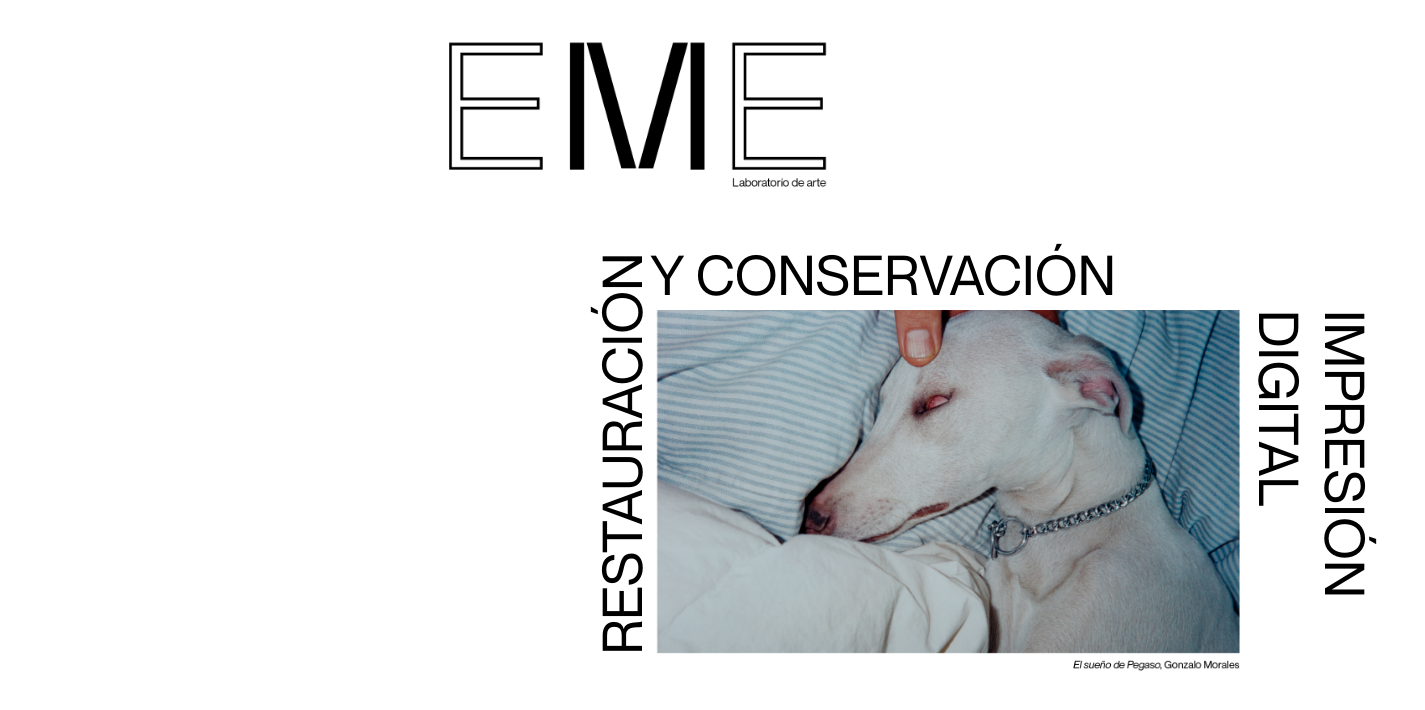
Repository: Manuelujano/eme-lab
Page: /
These files come from the project's save history. The page is drawn as it stood at one moment and after the next save; the edit follows.
The browser window is 1280 px wide. The page is 1425 px wide, so the pictures cover 1425 px, including what lies to the right of the window. The pictures show the whole page.
Some web fonts or font styles are not loaded; a fallback is used. The project was rebuilt for these pictures with package versions that can differ from the ones it lists, and the page was loaded fresh each time. Also part of the build but not shown: src/components/Motion.js, src/components/Prueba.js, src/components/Digital.js, src/components/Trail.js.

Above is the page before, as saved 2020-10-26 13:25:43.

After the next save:
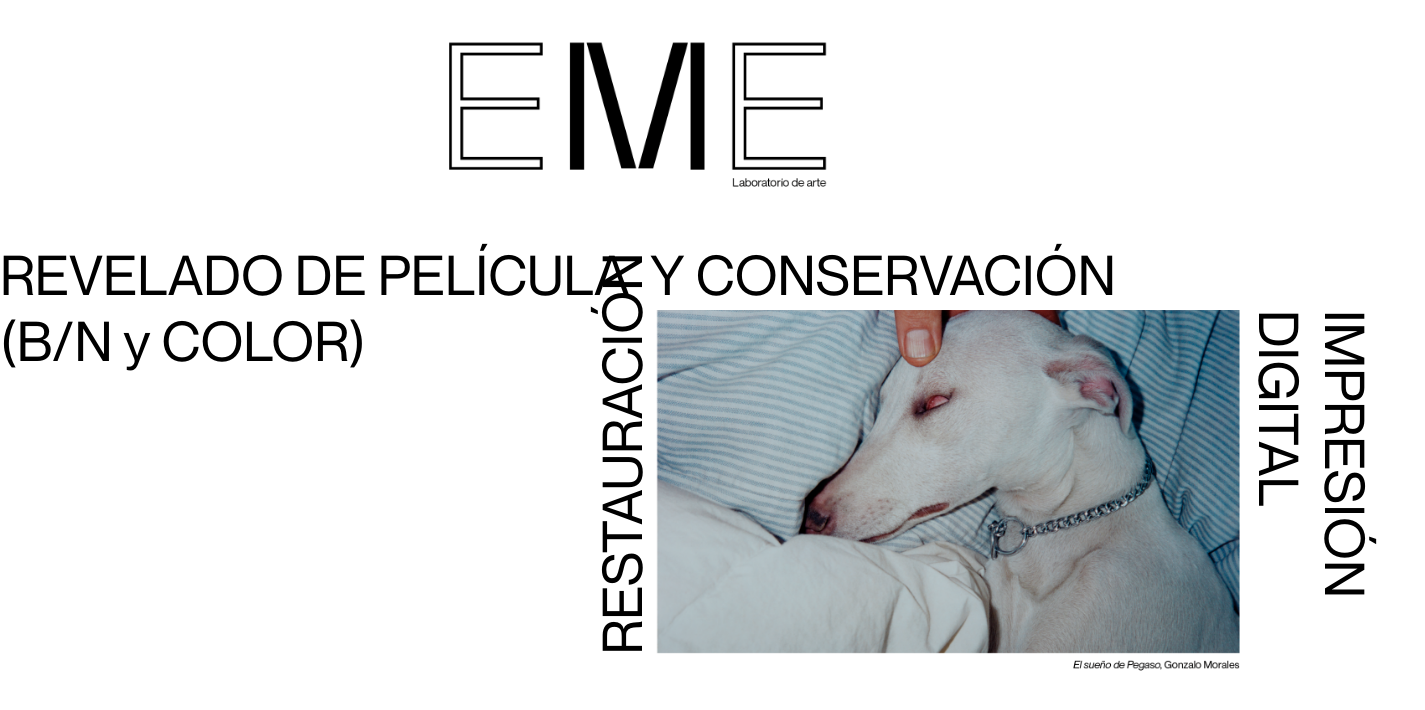
Saved 103 s later.
--- a/src/components/Pegaso.js
+++ b/src/components/Pegaso.js
@@ -33,6 +33,12 @@ const Pegaso = () => {
                     IMPRESIÓN <br/> DIGITAL
                 </h2>
             </div>
+            <div className="rev">
+                <h2 className="titulos">
+                    REVELADO DE PELÍCULA<br/>
+                    (B/N y COLOR)
+                </h2>
+            </div>
 
         </div>
     )
